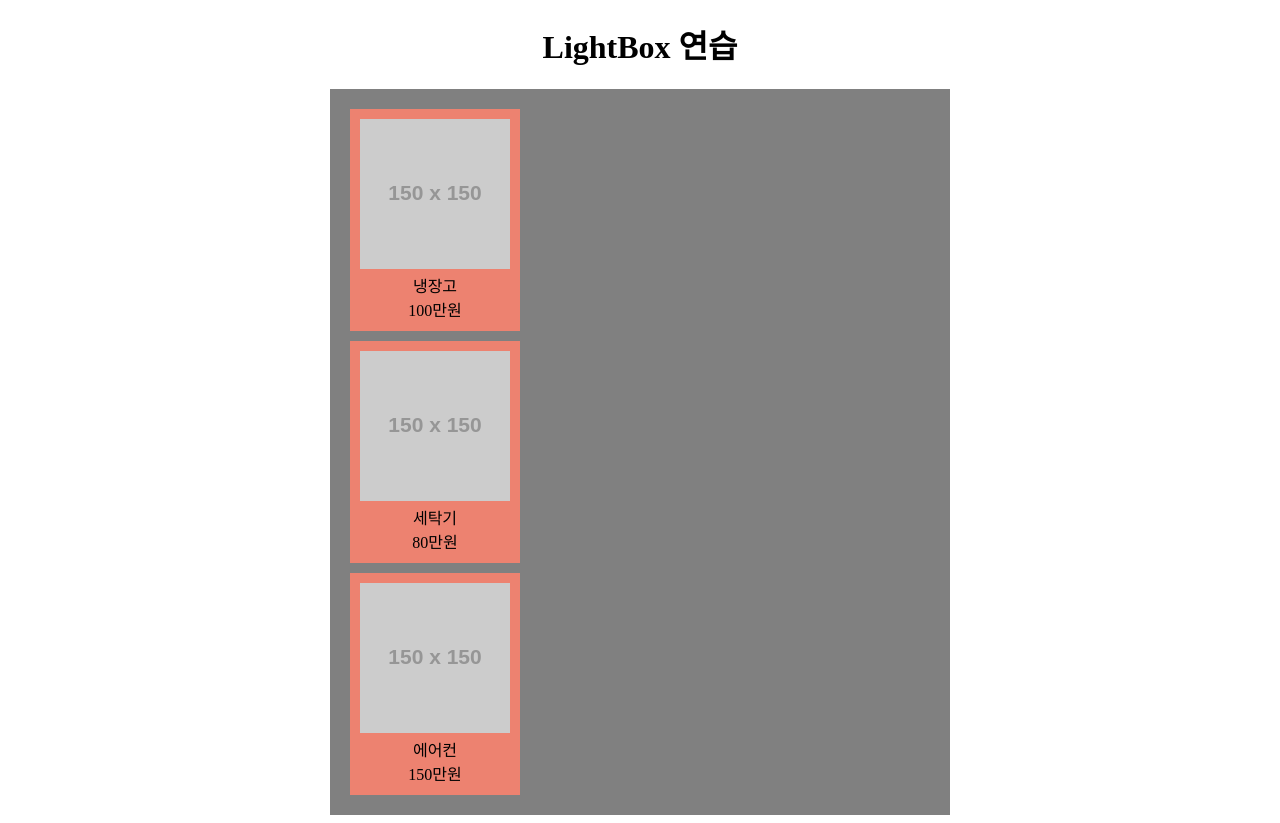
Repository: odasd/Ark-html
Page: 20200416/ex20200416/WebContent/ex01.html
An editor plug-in stored every save of this project. The page is shown before and after the next save, followed by the edit.
The browser window is 1280 px wide. The pictures show the whole page.
Some web libraries are served in a nearby version.

Above is the page before, as saved 2020-04-16 00:11:53.

After the next save:
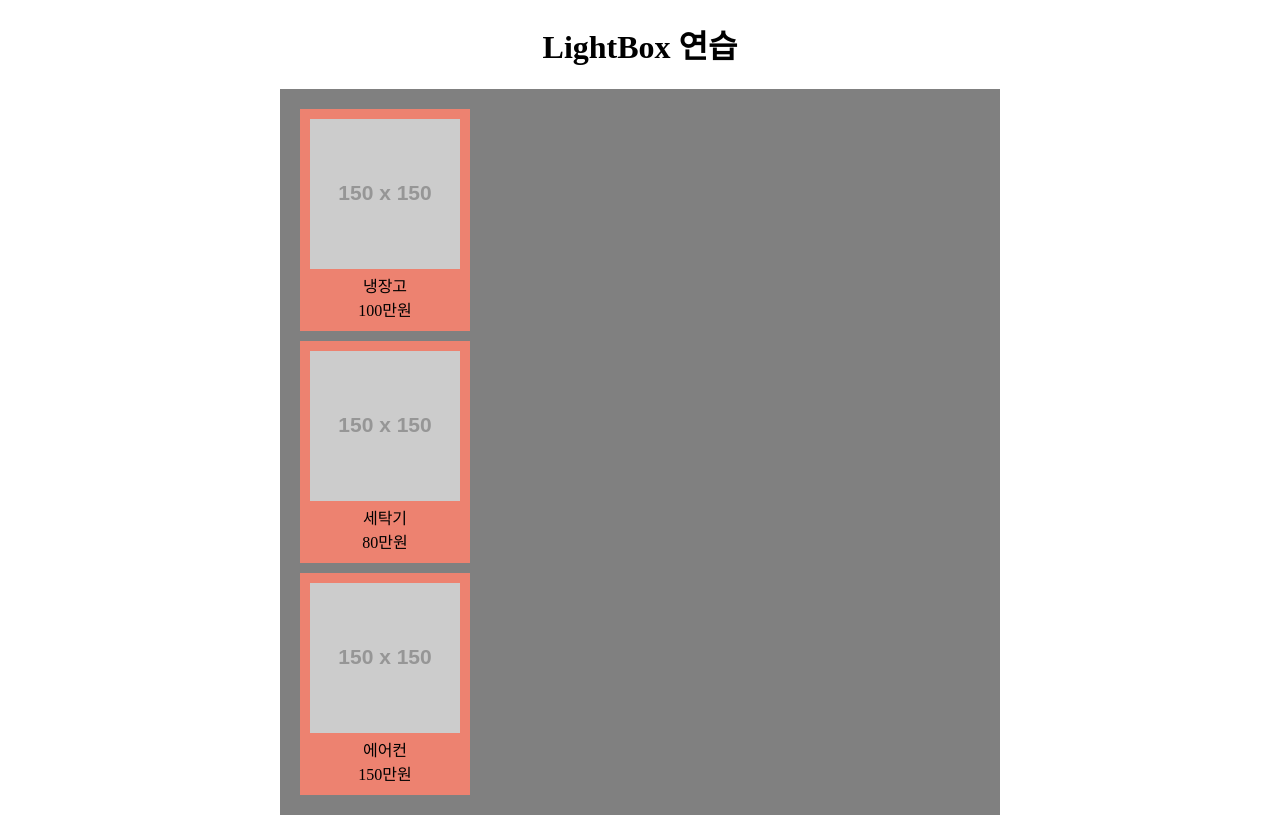
Saved 17 s later.
--- a/20200416/ex20200416/WebContent/ex01.html
+++ b/20200416/ex20200416/WebContent/ex01.html
@@ -5,7 +5,7 @@
 	<title>라이트박스 연습</title>
 	<script src="http://code.jquery.com/jquery-1.9.1.js"></script>
 	<style>
-		#content {width:600px; background:gray; padding:10px; margin:auto; overflow:hidden;}
+		#content {width:700px; background:gray; padding:10px; margin:auto; overflow:hidden;}
 		h1 {text-align:center;}
 		.box {width:150px; background:#ed8270; margin:10px; padding:10px; text-align:center; float:reft;}
 	</style>
